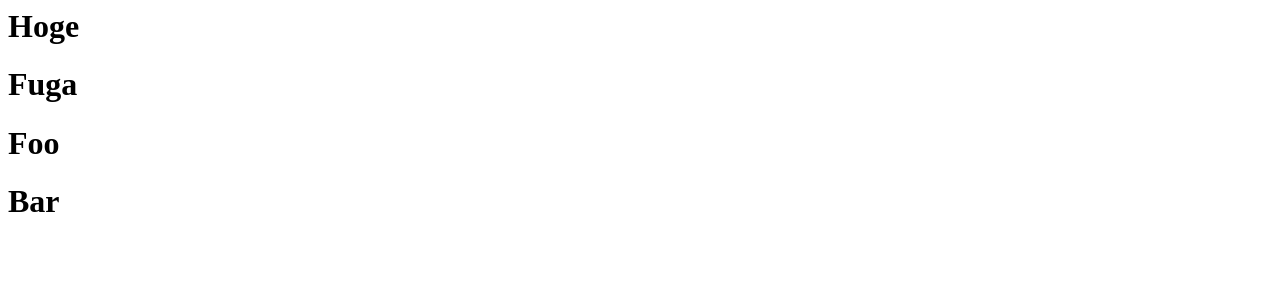
Repository: hirano51/samurai_HTML-CSS
Page: tes/Untitled.html
The author's editor kept a record of every edit. The page is drawn from the files as they stood at one moment, then again after the next edit.
The browser window is 1280 px wide. The pictures show the whole page.

Above is the page before.

After the next edit:
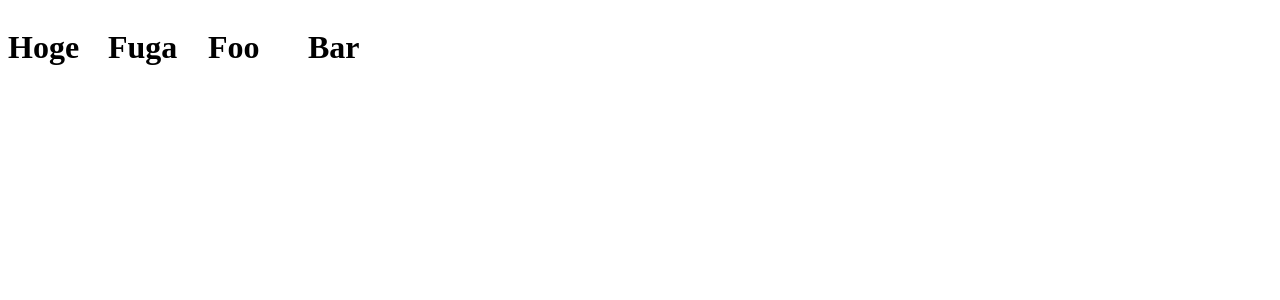
The edit:
--- a/tes/Untitled.html
+++ b/tes/Untitled.html
@@ -1,14 +1,14 @@
 <html lang="ja">
     <head>
         <style>
-            #flex-start {
-                display: flex;
-                align-items: flex-start;
+            #grid {
+                display: grid;
+                grid-template-columns: 100px 100px 100px 100px;
             }
         </style>
     </head>
     <body>
-        <div id="flex-end">
+        <div id="grid">
             <h1>Hoge</h1>
             <h1>Fuga</h1>
             <h1>Foo</h1>
